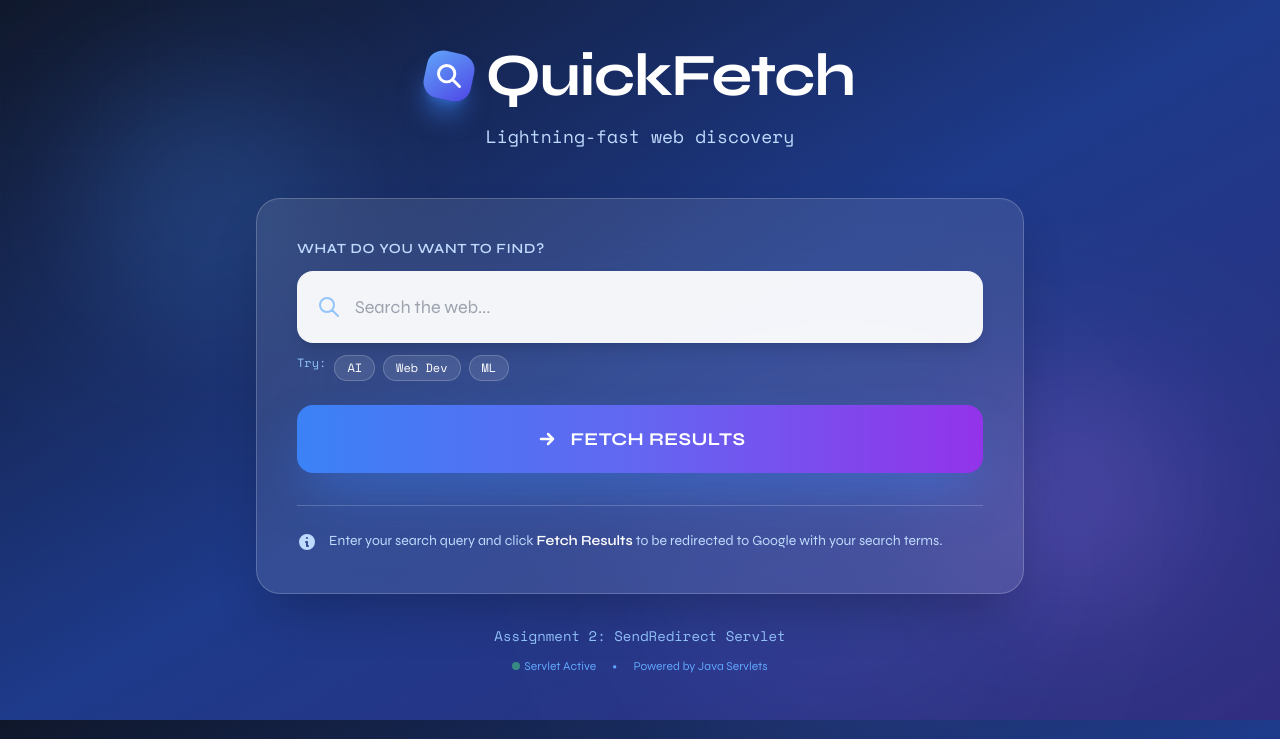
Repository: NuyuIkirezi/web-tech-ass2
Page: auca_registration/src/main/webapp/assignment2-search.html
These files come from the project's save history. The page is drawn as it stood at one moment and after the next save; the edit follows.
The browser window is 1280 px wide. The pictures show the whole page.
Some web libraries are served in a nearby version.

Above is the page before, as saved 2026-02-02 20:33:13.

After the next save:
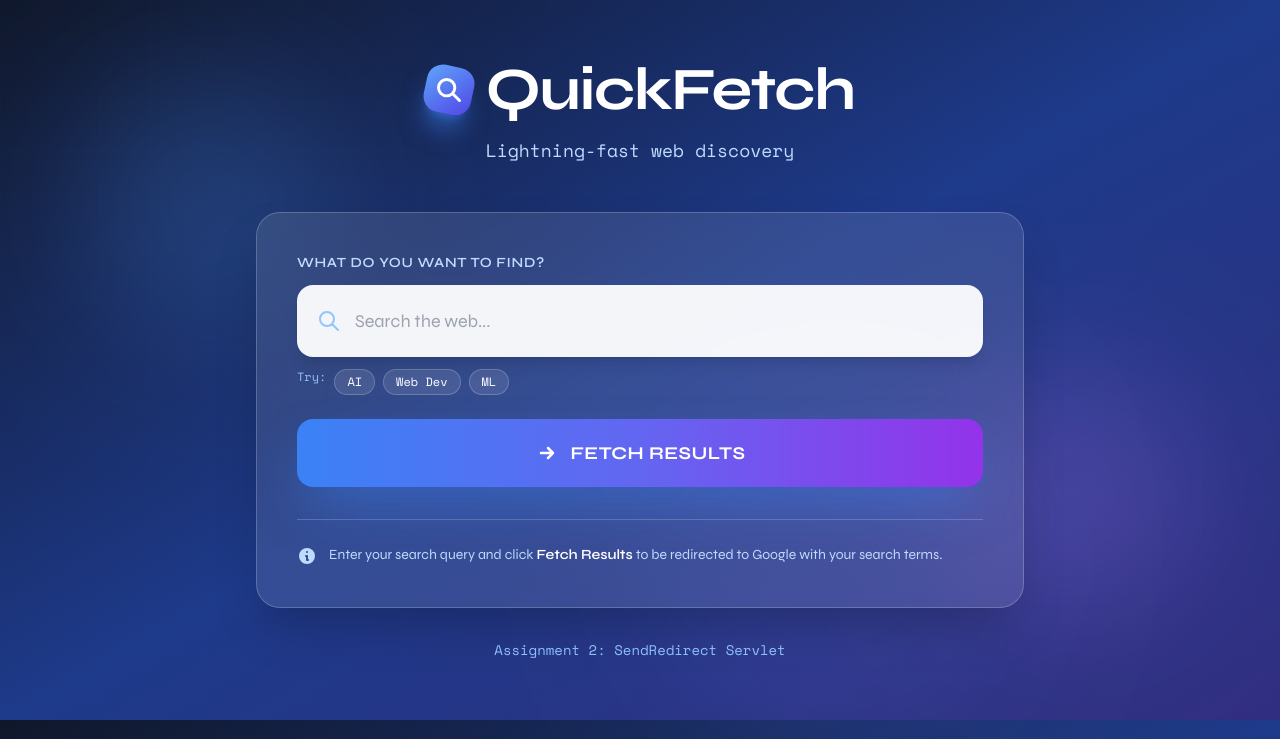
Saved 86 s later.
--- a/auca_registration/src/main/webapp/assignment2-search.html
+++ b/auca_registration/src/main/webapp/assignment2-search.html
@@ -124,14 +124,6 @@
         <!-- Footer -->
         <div class="mt-8 text-center">
             <p class="text-blue-300 text-sm mono">Assignment 2: SendRedirect Servlet</p>
-            <div class="mt-3 flex items-center justify-center gap-4 text-xs text-blue-400">
-                <span class="flex items-center gap-1">
-                    <span class="w-2 h-2 bg-green-400 rounded-full animate-pulse"></span>
-                    Servlet Active
-                </span>
-                <span>•</span>
-                <span>Powered by Java Servlets</span>
-            </div>
         </div>
 
     </div>
